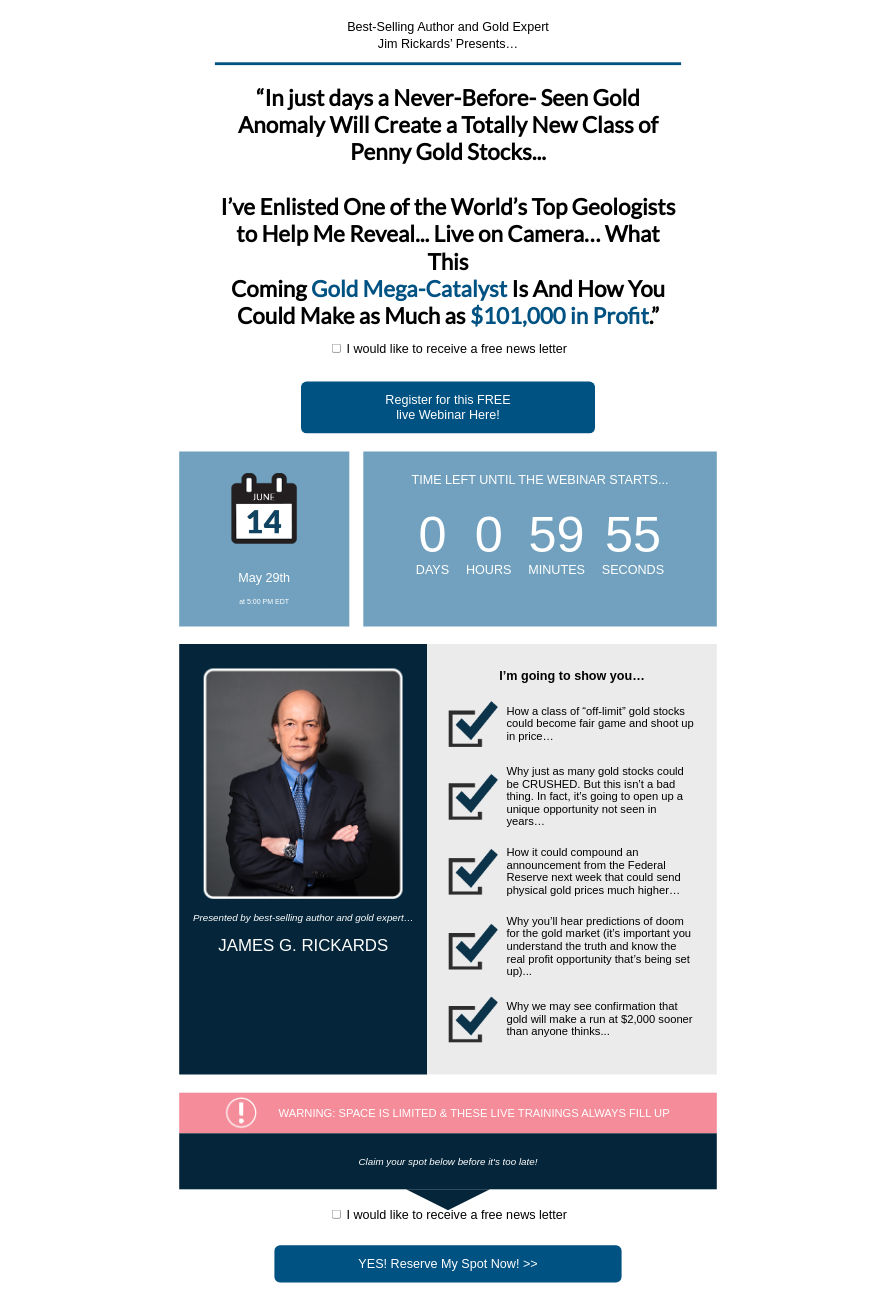
Repository: KrystellBarraza/Test
Page: index.html
An editor plug-in stored every save of this project. The page is shown before and after the next save, followed by the edit.
The browser window is 1280 px wide. The pictures show the whole page, at 70% of full size.

Above is the page before, as saved 2019-10-07 14:09:07.

After the next save:
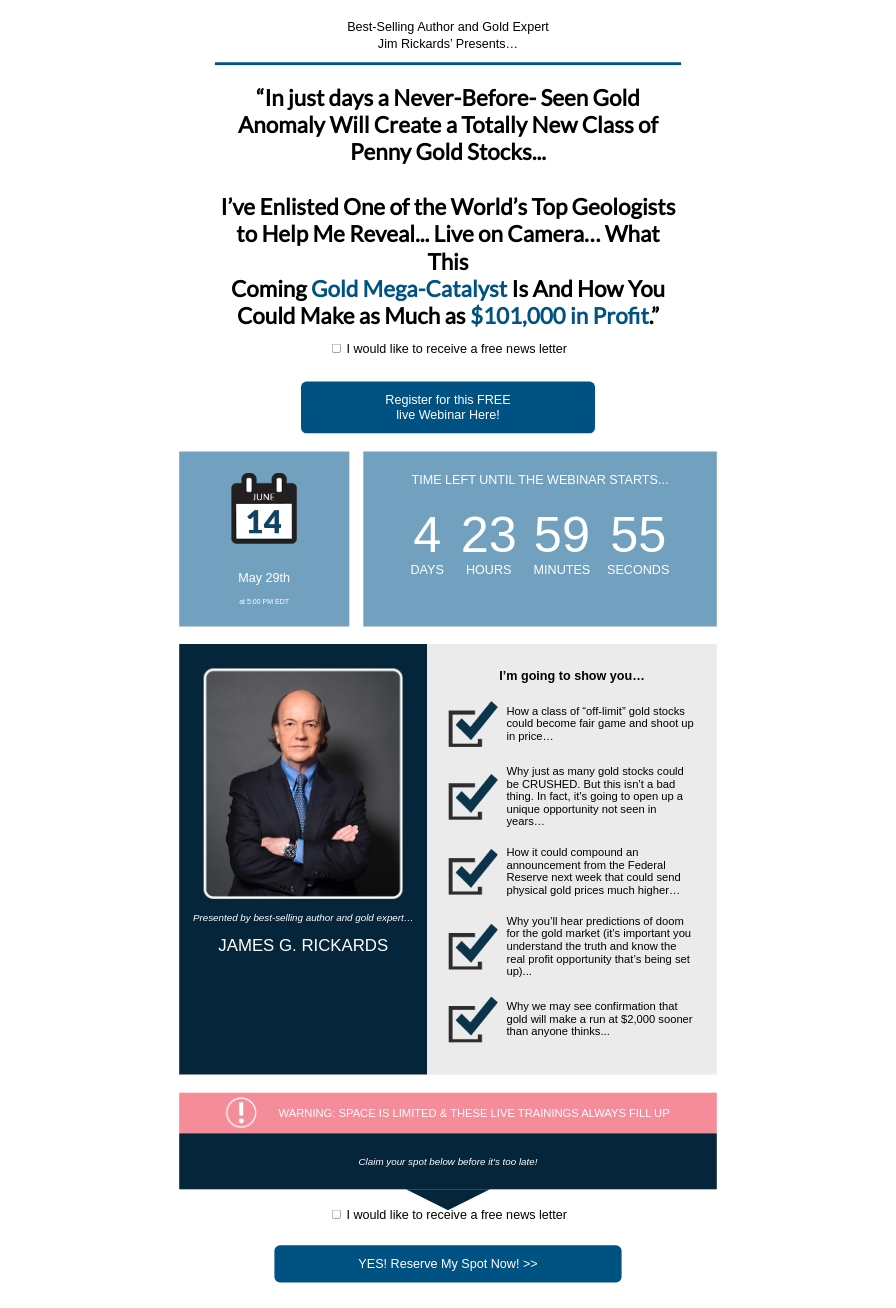
Saved 72 s later.
--- a/app.js
+++ b/app.js
@@ -14,7 +14,7 @@
     day = hour * 24;
 
 // Begin countdown from this point in time, make it last 5 days
-let countDown = new Date().getTime() + ((1)*60*60*1000),
+let countDown = new Date().getTime() + ((5)*24*60*60*1000),
     x = setInterval(function() {
 
       let now = new Date().getTime(),
